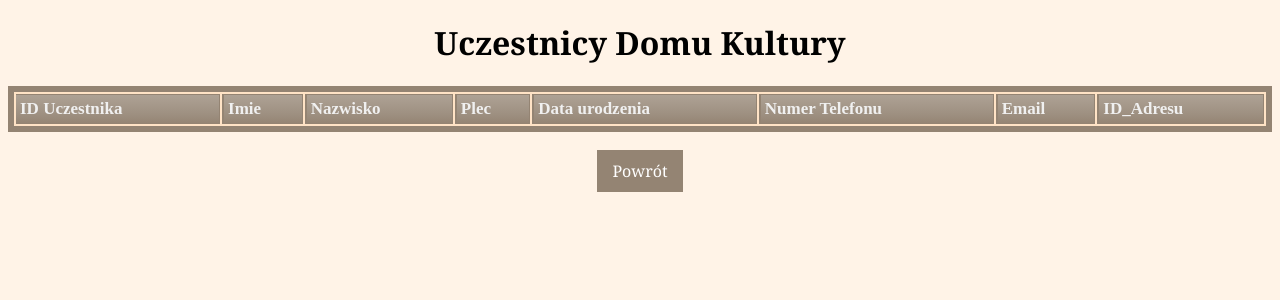
Repository: marcinRuta/houseOfCulture-crud-webapp-database
Page: http://localhost/puczestnicy
These files come from the project's save history. The page is drawn as it stood at one moment and after the next save; the edit follows.
The browser window is 1280 px wide. The pictures show the whole page.
The page is this project's Thymeleaf template; nobody is signed in. The template is opened directly, without the code that normally fills it, so the values that code supplies are empty.

Above is the page before, as saved 2021-01-11 11:32:58.

After the next save:
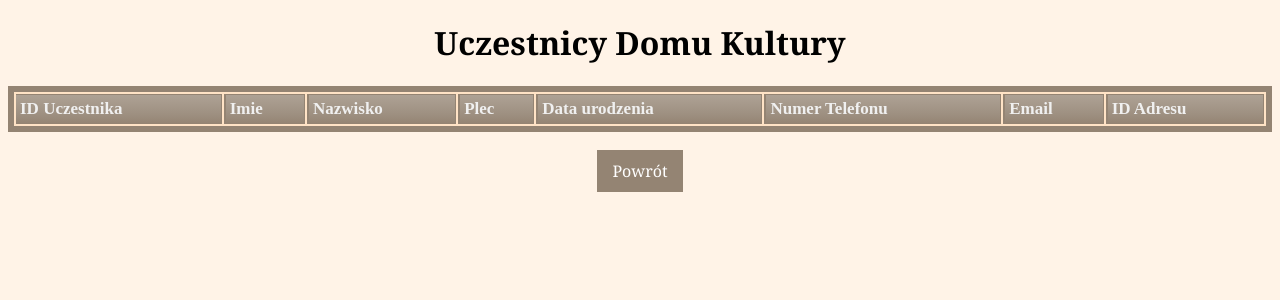
Saved 5 s later.
--- a/DomKultury/src/main/resources/templates/puczestnicy.html
+++ b/DomKultury/src/main/resources/templates/puczestnicy.html
@@ -26,7 +26,7 @@
 					<th>Numer Telefonu</th>
 					<th>Email</th>
 
-					<th>ID_Adresu</th>
+					<th>ID Adresu</th>
 
 				</tr>
 			</thead>
